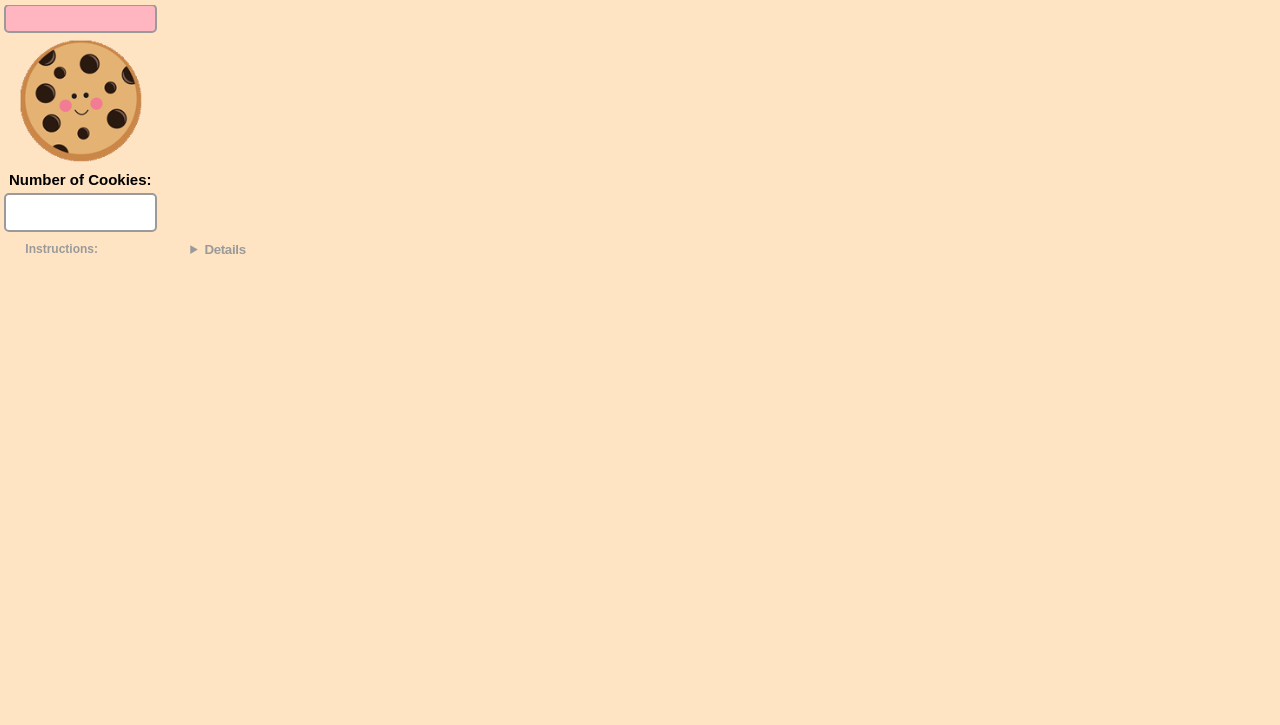
Repository: f00d4tehg0dz/elgato-streamdeck-cookie-clicker
Page: com.f00d4tehg0dz.cookieclicker.sdPlugin/cookieclicker.html
An editor plug-in stored every save of this project. The page is shown before and after the next save, followed by the edit.
The browser window is 1280 px wide. The pictures show the whole page.

Above is the page before, as saved 2022-01-28 12:19:28.

After the next save:
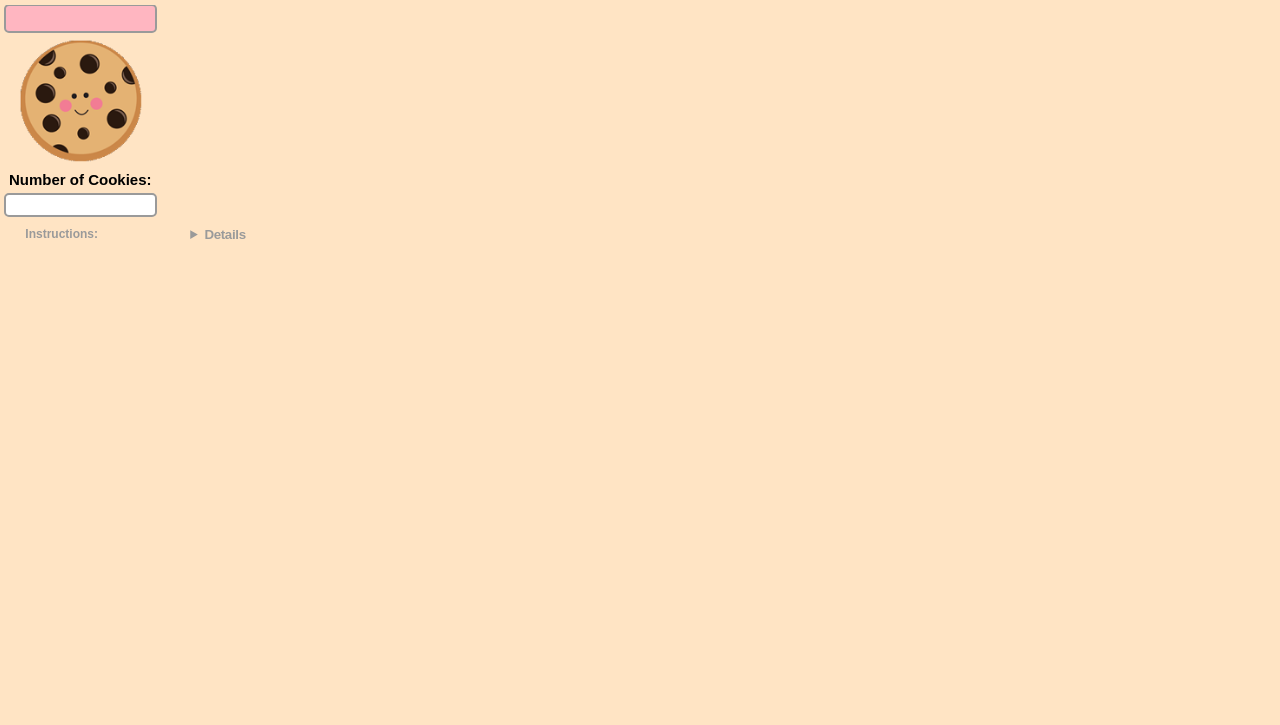
Saved 19 s later.
--- a/com.f00d4tehg0dz.cookieclicker.sdPlugin/css/styles.css
+++ b/com.f00d4tehg0dz.cookieclicker.sdPlugin/css/styles.css
@@ -24,7 +24,7 @@ h2 {
 #cookieNumbers {
   margin: auto;
   text-align:center;
-  padding-top: 20px;
+  padding-top: 5px;
   margin-bottom: 5px;
   font-size: 10px;
   border:2px solid;
